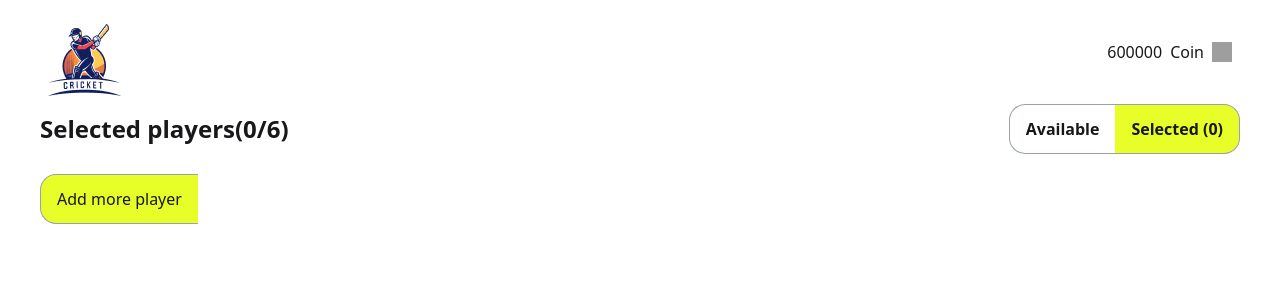
Repository: SanjidaSnigdha/Select-your-eleven
Page: /, after clicking the first element matching `button.rounded-r-2xl`
The author's editor kept a copy of each file at every save. The page is drawn from the files as they stood at one save, then again after the next save.
The browser window is 1280 px wide. The pictures show the whole page.
Pictures or frames that could not be fetched are drawn as grey boxes. The project was rebuilt for these pictures with package versions that can differ from the ones it lists, and the page was loaded fresh each time. Also part of the build but not shown: vite.config.js, src/App.css, src/components/SelectedCard/SelectedCard.jsx.

Above is the page before, as saved 2026-03-21 22:42:44.

### index.html
<!doctype html>
<html lang="en" style="color-scheme: light;">
  <head>
    <meta charset="UTF-8" />
    <link rel="icon" type="image/svg+xml" href="/favicon.svg" />
    <meta name="viewport" content="width=device-width, initial-scale=1.0" />
    <title>select-your-eleven</title>
  </head>
  <body>
    <div id="root"></div>
    <script type="module" src="/src/main.jsx"></script>
  </body>
</html>

### src/index.css
 @import "tailwindcss";
 @plugin "daisyui" {
  themes: light --default, dark --prefersdark;
  themes: light --default;
 }

### src/App.jsx

import './App.css'
import { ToastContainer } from 'react-toastify';

import AvailablePlayers from './components/AvailablePlayers/AvailablePlayers'
import SelectedPlayers from './components/SelectedPlayers/SelectedPlayers'
import Navbar from './components/Navbar/Navbar'
import { Suspense, useState } from 'react'

const fetchPlayers = async () =>{
  const res = await fetch("/players.json")
  return res.json()
}
const playersPromise = fetchPlayers()


function App() {
  const [toggle,setToggle] = useState(true)
  const [availableBalance,setAvailableBalance] = useState(600000)
  const [purchasedPlayers,setPurchasedPlayers] = useState([])
  const removePlayer = (p) =>{
    const filteredData = purchasedPlayers.filter(ply=> ply.player_name!==p.player_name)
    console.log(filteredData)
    setPurchasedPlayers(filteredData)
    setAvailableBalance(availableBalance+parseInt(p.price.split("USD").join("").
                split(",").join("")))

  }

  return (
    <>
   <Navbar availableBalance={availableBalance}></Navbar>
   <div className='max-w-[1200px] mx-auto flex justify-between items-center'>
    <h1 className='font-bold text-2xl'>{
    toggle===true?"Available players":`Selected players(${purchasedPlayers.length}/6)`}</h1>
    <div className='font-bold'>
      <button onClick={()=>setToggle(true)} className={`py-3 px-4 border-1 border-gray-400 rounded-l-2xl border-r-0 ${toggle===true?"bg-[#E7FE29]":""}`}>Available</button>
      <button onClick={()=>setToggle(false)} className={`py-3 px-4 border-1 border-gray-400 rounded-r-2xl border-l-0 ${toggle===false?"bg-[#E7FE29]":""}`}>Selected <span>({purchasedPlayers.length})</span></button>
    </div>

   </div>

     {
      toggle === true?<Suspense fallback={<span className="loading loading-spinner loading-xl"></span>
}>
    <AvailablePlayers purchasedPlayers={purchasedPlayers} setPurchasedPlayers={setPurchasedPlayers} availableBalance={availableBalance} setAvailableBalance={setAvailableBalance} playersPromise={playersPromise}></AvailablePlayers>
</Suspense>:<SelectedPlayers removePlayer={removePlayer} purchasedPlayers={purchasedPlayers} setToggle={setToggle}></SelectedPlayers>

     }



      <ToastContainer></ToastContainer>

    </>
  )
}

export default App

### src/components/AvailablePlayers/AvailablePlayers.jsx
import React, { use } from 'react';

import PlayerCard from '../PlayerCard/PlayerCard';

const AvailablePlayers = ({playersPromise,setAvailableBalance,availableBalance,purchasedPlayers,setPurchasedPlayers}) => {
    const playerData = use(playersPromise)
    return (
        <div className='max-w-[1200px] mx-auto grid grid-cols-1 md:grid-cols-3 gap-4'>

            {
              playerData.map(player=><PlayerCard setPurchasedPlayers={setPurchasedPlayers} purchasedPlayers={purchasedPlayers} availableBalance={availableBalance} setAvailableBalance={setAvailableBalance} player={player}></PlayerCard>


              )
            }

        </div>
    );
};

export default AvailablePlayers;

### src/components/SelectedPlayers/SelectedPlayers.jsx
import React from 'react';
import SelectedCard from '../SelectedCard/SelectedCard';

const SelectedPlayers = ({purchasedPlayers,removePlayer,setToggle}) => {
    console.log(purchasedPlayers)
    return (
        <div className='max-w-[1200px] mx-auto'>
            {
                purchasedPlayers.map(player=><SelectedCard removePlayer={removePlayer} player={player}></SelectedCard>)
            }
         <button onClick={()=>setToggle(true)} className={"py-3 px-4  mt-5 border-1 border-gray-400 rounded-l-2xl border-r-0 bg-[#E7FE29]"}>Add more player</button>
        </div>

    );
};

export default SelectedPlayers;

### src/components/Navbar/Navbar.jsx
import React from 'react';
import navImg from "../../assets/logo.png"
import dollarImg from "../../assets/dollar-1.png"

const Navbar = ({availableBalance}) => {
    return (

         <div className="navbar max-w-[1200px] mx-auto">
          <div className="flex-1">
            <a className="text-xl">
              <img className="w-60px h-50px mt-4" src={navImg} alt="" />
           </a>
          </div>
          <div className="flex items-center gap-1">
          <span className='mr-1'>{availableBalance}</span>
          <span className='mr-1'>Coin</span>
          <img className="w-5 h-5" src={dollarImg} alt="" />
         </div>
       </div>
    );

};

export default Navbar;

### src/components/PlayerCard/PlayerCard.jsx
import React, { useState } from 'react';
import userImg from "../../assets/man.png"
import flagImg from "../../assets/flag.jpg"
import { toast } from 'react-toastify';

const PlayerCard = ({player,setAvailableBalance,availableBalance,purchasedPlayers,setPurchasedPlayers}) => {
    const [isSelected,setIsSelected] = useState(false)

    const handleSelected = (playerData) =>{
        const playerPrice = parseInt(playerData.price.split("USD").join("").
                split(",").join(""))
                if(availableBalance<playerPrice){
                    toast("Not enough coins!!")
                    return
                }
                if(purchasedPlayers.length===6){
                    toast("6 players already selected")
                    return
                }

         setIsSelected(true)
                setAvailableBalance(availableBalance - playerPrice);
                setPurchasedPlayers([...purchasedPlayers,playerData])


    };
    return (
                        <div className="card bg-base-100 shadow-sm p-4">
         <figure className="px-10 pt-10">
           <img
             src={player.player_image}
             alt="Shoes"
             className='w-full h-[280px] object-cover'
              />
         </figure>
         <div className="mt-4">
           <div className='flex'>
               <img className='w-8 h-8' src={userImg} alt="" /><h2 className='card-title ml-2'>{player.player_name}</h2>
           </div>
           <div className='flex justify-between mt-4 border-b-2 border-gray-400 pb-2'>
       <div className='flex items-center'>
           <img className='w-8 h-8' src={flagImg} alt="" />
           <span className='ml-2'>{player.player_country}</span>
           </div>
           <button className='btn'>{player.playing_role}</button>
           </div>
       <div className='flex justify-between font-bold'>
           <span>{player.rating}</span>

       </div>
       <div className='flex justify-between mt-4'>
           <span className='font-bold'>{player.bating_style}</span>
           <span>{player.bowling_style}</span>
       </div>

           <div className="card-actions mt-3 flex justify-between items-center">
               <p className='font-bold'>${player.price}</p>
             <button disabled={isSelected} onClick={()=>{handleSelected(player)

             }} className="btn">{isSelected===true?"Selected":"Choose player"}</button>
           </div>
         </div>
       </div>
    );
};

export default PlayerCard;

### public/players.json
[
  {
    "player_image": "https://i.ibb.co.com/CKt7DdsZ/shakib-al-hasan-smiling-8olow941lckcha6b.jpg",
    "player_name": "Shakib Al Hasan",
    "player_country": "Bangladesh",
    "playing_role": "All-Rounder",
    "rating": 9.5,
    "bating_style": "Left-hand bat",
    "bowling_style": "Slow left-arm orthodox",
    "price": "75,000 USD"
  },
  {
    "player_image": "https://i.ibb.co.com/WWKnGkNs/Faf-du-Plessis.jpg",
    "player_name": "Faf du Plessis",
    "player_country": "South Africa",
    "playing_role": "Batsman",
    "rating": 9.0,
    "bating_style": "Right-hand bat",
    "bowling_style": "Right-arm medium",
    "price": "70,000 USD"
  },
  {
    "player_image": "https://i.ibb.co.com/XZxnnz3F/Rashid-Khan.jpg",
    "player_name": "Rashid Khan",
    "player_country": "Afghanistan",
    "playing_role": "Bowler",
    "rating": 9.8,
    "bating_style": "Right-hand bat",
    "bowling_style": "Right-arm leg spin",
    "price": "85,000 USD"
  },
  {
    "player_image": "https://i.ibb.co.com/4w5xgSNn/liton-das.jpg",
    "player_name": "Liton Das",
    "player_country": "Bangladesh",
    "playing_role": "Wicketkeeper-Batsman",
    "rating": 8.7,
    "bating_style": "Right-hand bat",
    "bowling_style": "None",
    "price": "60,000 USD"
  },
  {
    "player_image": "https://i.ibb.co.com/391gsfv8/Andre-Russell.jpg",
    "player_name": "Andre Russell",
    "player_country": "West Indies",
    "playing_role": "All-Rounder",
    "rating": 9.6,
    "bating_style": "Right-hand bat",
    "bowling_style": "Right-arm fast",
    "price": "90,000 USD"
  },
  {
    "player_image": "https://i.ibb.co.com/67D8FvCn/Mustafizur-Rahman.webp",
    "player_name": "Mustafizur Rahman",
    "player_country": "Bangladesh",
    "playing_role": "Bowler",
    "rating": 8.9,
    "bating_style": "Left-hand bat",
    "bowling_style": "Left-arm fast-medium",
    "price": "65,000 USD"
  },
  {
    "player_image": "https://i.ibb.co.com/h1wRWkVC/David-Warner.jpg",
    "player_name": "David Warner",
    "player_country": "Australia",
    "playing_role": "Batsman",
    "rating": 9.4,
    "bating_style": "Left-hand bat",
    "bowling_style": "Right-arm leg spin",
    "price": "95,000 USD"
  },
  {
    "player_image": "https://i.ibb.co.com/0VsmTGGY/Sunil-Narine.jpg",
    "player_name": "Sunil Narine",
    "player_country": "West Indies",
    "playing_role": "All-Rounder",
    "rating": 9.2,
    "bating_style": "Left-hand bat",
    "bowling_style": "Right-arm off spin",
    "price": "80,000 USD"
  },
  {
    "player_image": "https://i.ibb.co.com/HpkRbDz3/Babar.png",
    "player_name": "Babar Azam",
    "player_country": "Pakistan",
    "playing_role": "Batsman",
    "rating": 9.3,
    "bating_style": "Right-hand bat",
    "bowling_style": "None",
    "price": "92,000 USD"
  },
  {
    "player_image": "https://i.ibb.co.com/dsk08w2x/Lasith-Malinga1.jpg",
    "player_name": "Lasith Malinga",
    "player_country": "Sri Lanka",
    "playing_role": "Bowler",
    "rating": 9.1,
    "bating_style": "Right-hand bat",
    "bowling_style": "Right-arm fast",
    "price": "78,000 USD"
  },
  {
    "player_image": "https://i.ibb.co.com/s9vHr4tS/Ben-Stokes.png",
    "player_name": "Ben Stokes",
    "player_country": "England",
    "playing_role": "All-Rounder",
    "rating": 9.7,
    "bating_style": "Left-hand bat",
    "bowling_style": "Right-arm fast-medium",
    "price": "100,000 USD"
  },
  {
    "player_image": "https://i.ibb.co.com/gFhPmT1c/Quinton-de-Kock1.jpg",
    "player_name": "Quinton de Kock",
    "player_country": "South Africa",
    "playing_role": "Wicketkeeper-Batsman",
    "rating": 9.0,
    "bating_style": "Left-hand bat",
    "bowling_style": "None",
    "price": "88,000 USD"
  }
]

Loaded but not shown: src/main.jsx (common file)

After the next save:
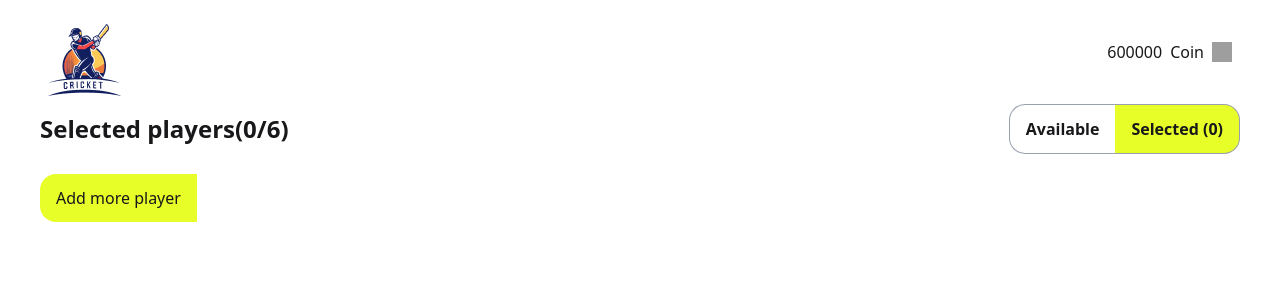
Saved 59 s later.
--- a/src/components/SelectedPlayers/SelectedPlayers.jsx
+++ b/src/components/SelectedPlayers/SelectedPlayers.jsx
@@ -8,7 +8,7 @@ const SelectedPlayers = ({purchasedPlayers,removePlayer,setToggle}) => {
             {
                 purchasedPlayers.map(player=><SelectedCard removePlayer={removePlayer} player={player}></SelectedCard>)
             }
-         <button onClick={()=>setToggle(true)} className={"py-3 px-4  mt-5 border-1 border-gray-400 rounded-l-2xl border-r-0 bg-[#E7FE29]"}>Add more player</button>
+         <button onClick={()=>setToggle(true)} className={"py-3 px-4  mt-5 border-0 border-gray-400 rounded-l-2xl border-r-0 bg-[#E7FE29]"}>Add more player</button>
         </div>
 
     );
